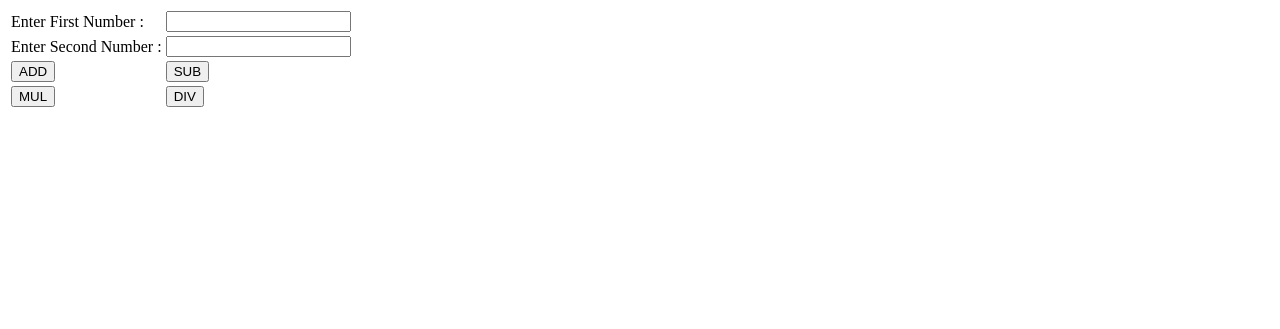
Repository: gajanansp07/Advance_Java_Practice
Page: Webapp/src/main/webapp/Calc.html
The author's editor kept a copy of each file at every save. The page is drawn from the files as they stood at one save, then again after the next save.
The browser window is 1280 px wide. The pictures show the whole page.

Above is the page before, as saved 2022-03-13 07:03:17.

After the next save:
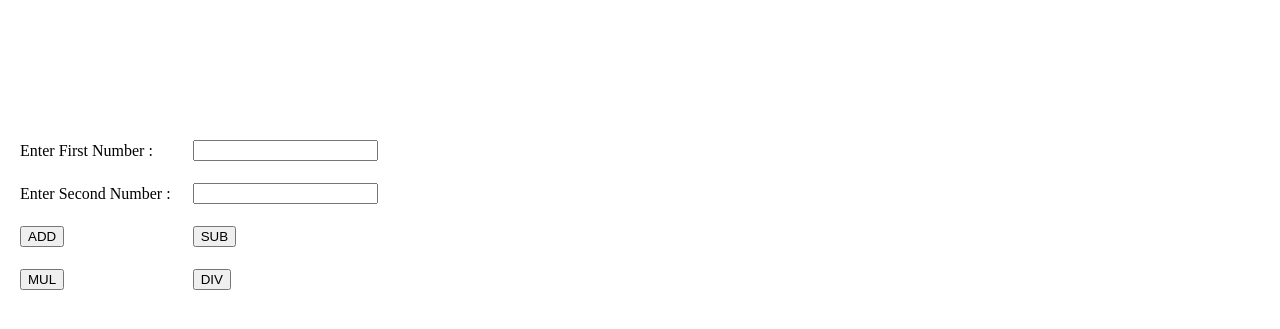
Saved 65 s later.
--- a/Webapp/src/main/webapp/Calc.html
+++ b/Webapp/src/main/webapp/Calc.html
@@ -3,6 +3,26 @@
 <head>
 <meta charset="ISO-8859-1">
 <title>Insert title here</title>
+
+<style>
+   body{
+   		    margin-top: 10%;
+   }
+	td{
+		padding: 10px;
+}
+table{
+		text-align: -webkit-center;
+}
+</style>
+<script type="text/javascript">
+function fullName() {
+	  const output = document.getElementById('fullname');
+	  let text = document.getElementById('fn').value;
+	  output.innerHTML = text.concat(" "+document.getElementById('ln').value);
+	}
+</script>
+
 </head>
 <body>
 <form>
